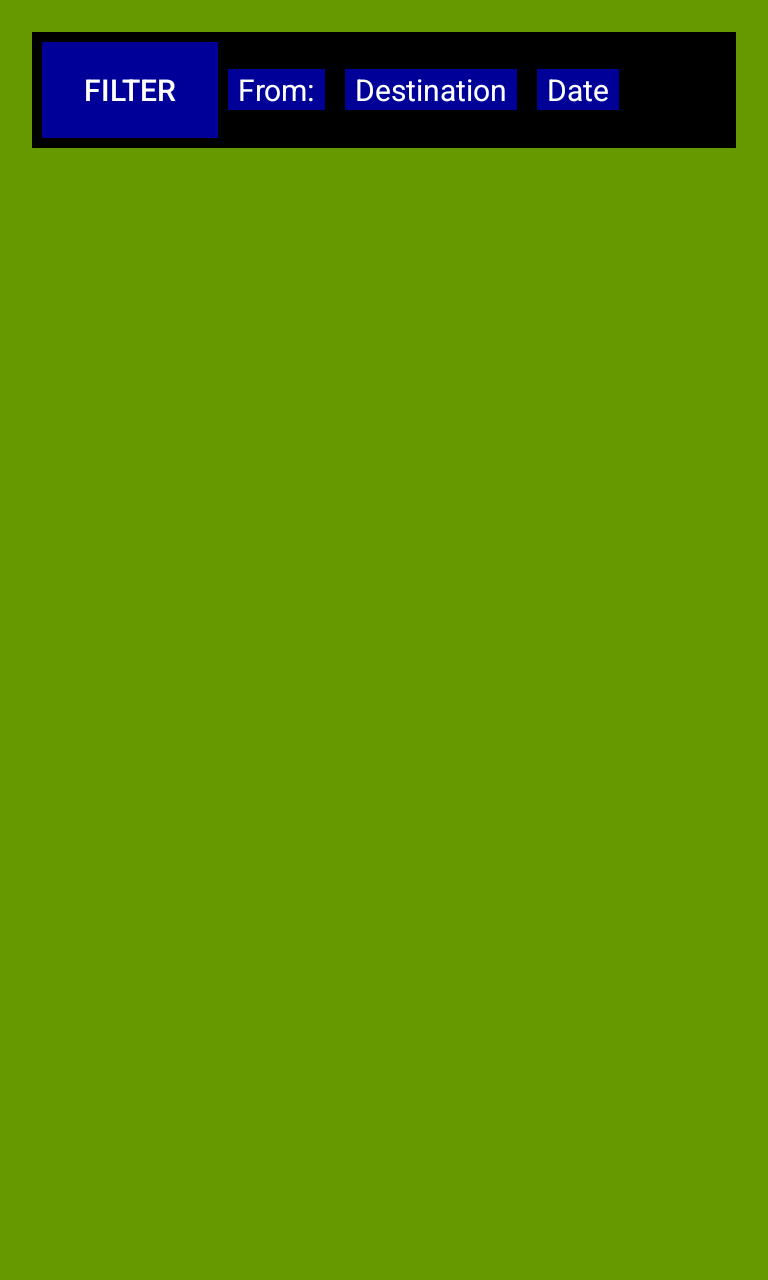
Repository: bwoldemi/LilyTrans
Layout: TransLily/res/layout/activity_ask_ride.xml
An editor plug-in stored every save of this project. The layout is shown before and after the next save, followed by the edit.
It is drawn on a 768 x 1280 px phone screen (xhdpi) without system bars, with theme AppTheme; the app's code is not run. Lists and similar views that code fills are empty.

Above is the layout before, as saved 2014-11-08 18:39:20.

### TransLily/res/layout/activity_ask_ride.xml
<LinearLayout xmlns:android="http://schemas.android.com/apk/res/android"
    xmlns:tools="http://schemas.android.com/tools"
    android:layout_width="match_parent"
    android:layout_height="match_parent"
    android:background="#669900"
    android:orientation="vertical"
    android:paddingBottom="@dimen/activity_vertical_margin"
    android:paddingLeft="@dimen/activity_horizontal_margin"
    android:paddingRight="@dimen/activity_horizontal_margin"
    android:paddingTop="@dimen/activity_vertical_margin"
    tools:context="com.example.translily.MainActivity" >

    <LinearLayout
        android:layout_width="fill_parent"
        android:layout_height="wrap_content"
        android:padding="5sp"
        android:background="@color/background_filter_layout"
        android:orientation="horizontal" >

        <Button
            android:layout_width="wrap_content"
            android:layout_height="wrap_content"
            android:onClick="filterSearchRide"
            android:text="@string/sort_rides"
            android:background="@color/backgroundFrom"
            android:textColor="#FFF"
            android:textSize="15sp" />

        <TextView
            android:id="@+id/ask_ride_from"
            android:layout_width="wrap_content"
            android:layout_height="wrap_content"
          	android:paddingTop="0sp"
          	android:paddingBottom="0sp"
            android:layout_marginLeft="5sp"
            android:layout_marginRight="5sp"

            android:background="@color/backgroundFrom"
            android:paddingLeft="5sp"
            android:paddingRight="5sp"
            android:text="@string/from"
            android:textColor="#FFF"
            android:textSize="15sp" />

        <TextView
            android:id="@+id/ask_ride_to"
            android:layout_width="wrap_content"
            android:layout_height="wrap_content"
            android:background="@color/backgroundFrom"
            android:layout_marginBottom="0dip"
            android:layout_marginLeft="5sp"
            android:layout_marginRight="5sp"
            android:layout_marginTop="0dip"
            android:paddingLeft="5sp"
            android:paddingRight="5sp"
            android:text="@string/destination"
            android:textColor="#FFF"
            android:textSize="15sp" />

        <TextView
            android:id="@+id/ask_ride_date"
            android:layout_width="wrap_content"
            android:layout_height="wrap_content"
            android:background="@color/backgroundFrom"
            android:layout_marginBottom="0dip"
            android:layout_marginLeft="5sp"
            android:layout_marginRight="5sp"
            android:layout_marginTop="0dip"
            android:paddingLeft="5sp"
            android:paddingRight="5sp"
            android:text="@string/date"
            android:textColor="#FFF"
            android:textSize="15sp" />
    </LinearLayout>

    <ListView
        android:id="@+id/ask_ride_lv"
        android:layout_width="fill_parent"
        android:layout_height="wrap_content" >
    </ListView>

</LinearLayout>

### TransLily/res/values/strings.xml
<?xml version="1.0" encoding="utf-8"?>
<resources>

    <string name="app_name">TransLily</string>
    <string name="hello_world">Hello world!</string>
    <string name="action_settings">Settings</string>
    <string name="lily">LILY Transportation </string>
    <string name="from">From: </string>
    <string name="starting_location">Enter starting point</string>
    <string name="destination_point">To: </string>
    <string name="ending_location">Enter your destination</string>
    <string name="senior_name"> Name: </string>
    <string name="typein_name"> Enter your full name here</string>
    <string name="contact_info"> Phone Number: </string>
    <string name="phone_number"> e.g 0458749818 </string>
    <string name="button_askride"> Search rides</string>
    <string name="button_offerride"> Offer ride</string>
    <string name="pick_time"> Pick time </string>
    <string name="pick_date"> Pick date </string>
    <string name="title_activity_ask_ride">Ask Ride Page</string>
    <string name="title_activity_booked_ride">BookedRideActivity</string>
    <string name="show_my_booked_rides">Show my booked rides</string>
    <string name="title_activity_post_ride">Post Ride Page</string>
    <string name="search_ride">Search ride </string>
    <string name="post_ride">Post ride </string>
    <string name="My_request_rides">My request rides </string>
    <string name="My_Post_rides">My posts </string>
    <string name="welcome_message">Welcome To Lily Transport </string>
    <string name="service_provider">Service provider </string>
    <string name="taxi_id">Taxi id/ Name</string>
    <string name="starting_point">Starting point</string>
    <string name="destination"> Destination </string>
    <string name="date"> Date </string>
    <string name="number_of_person">Number of Person</string>
    <string name="comment">Comment </string>
    <string name="title_activity_my_post_rides">My Post Rides Page</string>
    <string name="title_activity_reserved_post_rides">ReservedPostRides</string>
    <string name="cancel">Cancel</string>
    <string name="approve">Approve</string>
    <string name="save">Save</string>
    <string name="please_enter_name_phone"> Please eneter your name and phonenumber</string>
    <string name="full_name">Full Name</string>
    <string name="com.lily.pre">com.lily.pre</string>
    <string name="save_changes">Save Changes</string>
    <string name="change_your_data">Change your data</string>
    <string name="sort_rides">Filter</string>

    <color name="text_color">#FFF</color>
    <color name="background">#669900</color>
    <color name="backgroundFrom">#000099</color>
	<color name="background_filter_layout">#000</color>
    <string name="title_activity_basic_info">BasicInfoActivity</string>
    <string name="title_activity_setting">Setting</string>

</resources>

Loaded but not shown: TransLily/res/values/styles.xml (common file); TransLily/res/values-v11/styles.xml (common file); TransLily/res/values-v14/styles.xml (common file); TransLily/res/values/dimens.xml (common file); TransLily/res/values-w820dp/dimens.xml (common file)

After the next save:
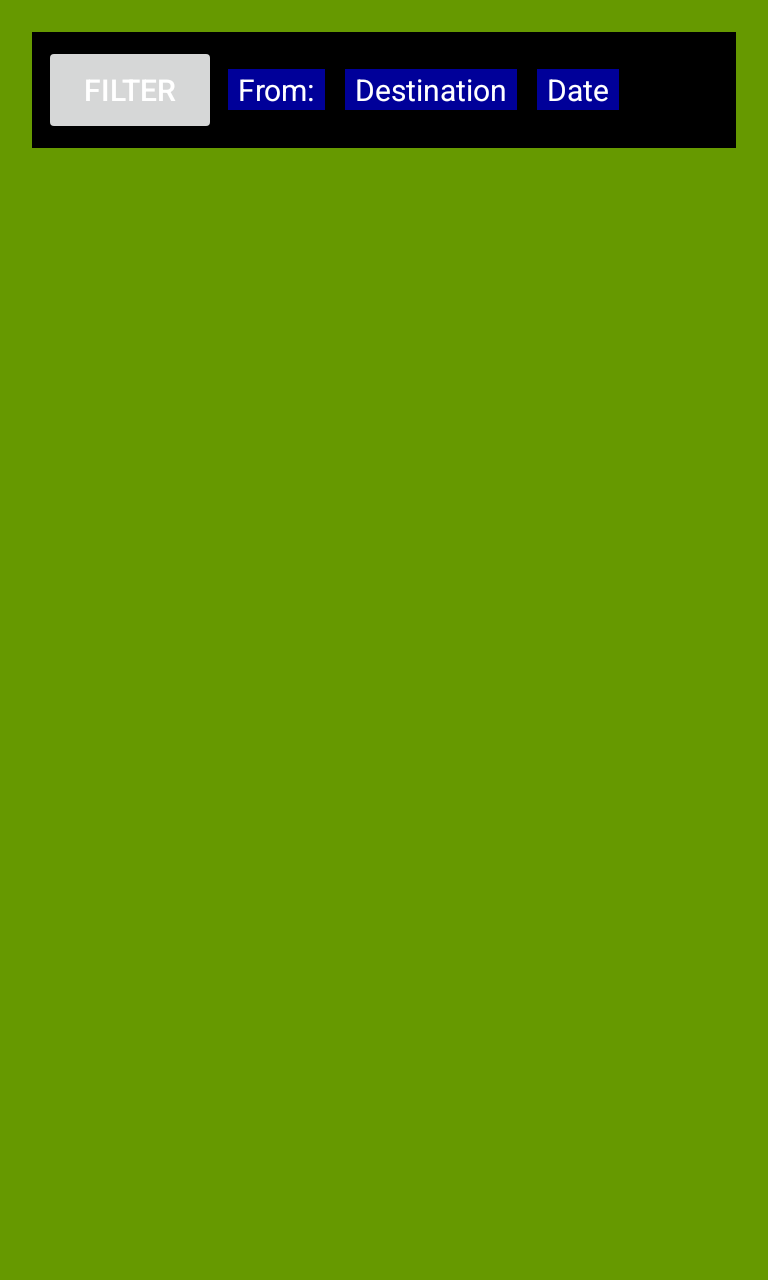
Saved 98 s later.
--- a/TransLily/res/layout/activity_ask_ride.xml
+++ b/TransLily/res/layout/activity_ask_ride.xml
@@ -22,7 +22,7 @@
             android:layout_height="wrap_content"
             android:onClick="filterSearchRide"
             android:text="@string/sort_rides"
-            android:background="@color/backgroundFrom"
+
             android:textColor="#FFF"
             android:textSize="15sp" />
 
